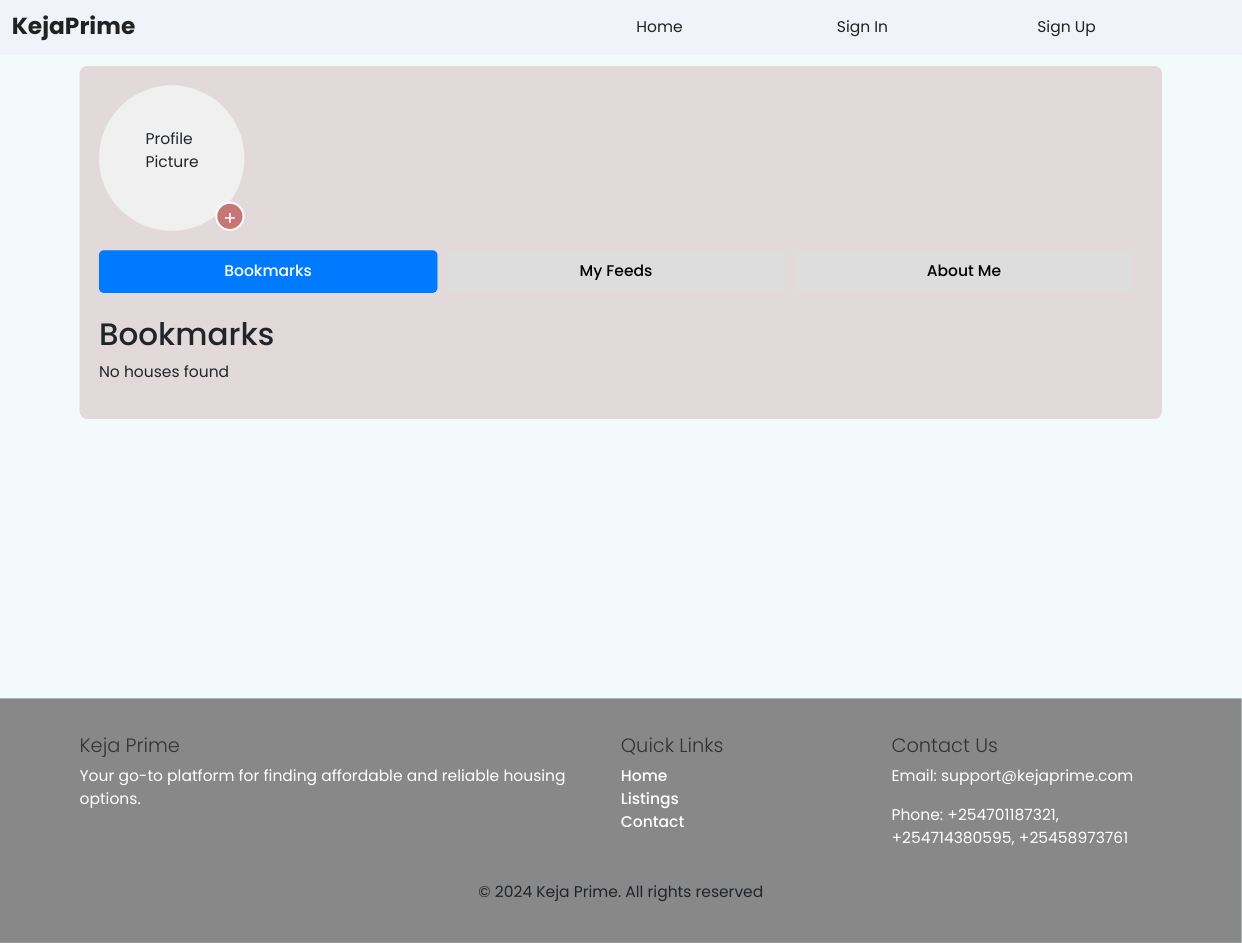
Repository: Pascal7601/kejaPrime
Page: /profile (app in frontend/)
An editor plug-in stored every save of this project. The page is shown before and after the next save, followed by the edit.
The browser window is 1280 px wide. The pictures show the whole page, at 97% of full size.
The page's requests for data from a server got no answer. The project was rebuilt for these pictures with package versions that can differ from the ones it lists, and the page was loaded fresh each time. No one was signed in, and anything a server would have sent is missing. Also part of the build but not shown: frontend/vite.config.js, frontend/src/styles/HeroSection.css, frontend/src/components/HeroSection.jsx, frontend/src/pages/Home.jsx, frontend/src/components/Houses.jsx, frontend/src/pages/Listings.jsx, frontend/src/styles/PostHouse.css, frontend/src/pages/PostHouse.jsx and 10 more.

Above is the page before, as saved 2024-10-22 14:20:00.

After the next save:
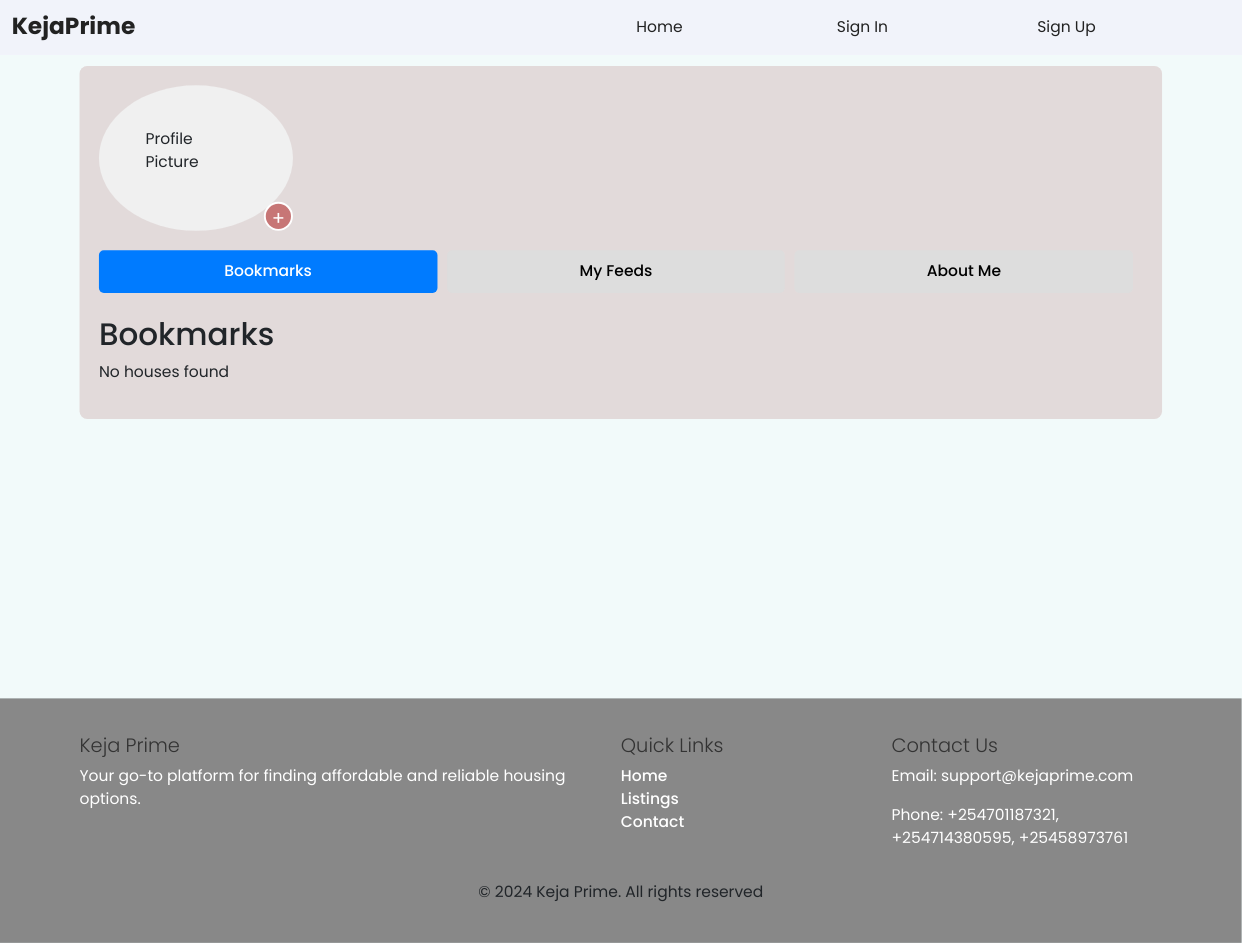
Saved 12 min 47 s later.
--- a/frontend/src/styles/Profile.css
+++ b/frontend/src/styles/Profile.css
@@ -58,7 +58,7 @@
 }
 .profile-picture-container {
   position: relative;
-  width: 150px; /* Adjust the size as needed */
+  width: 200px; /* Adjust the size as needed */
   height: 150px; /* Adjust the size as needed */
 }
 .profile-picture {
